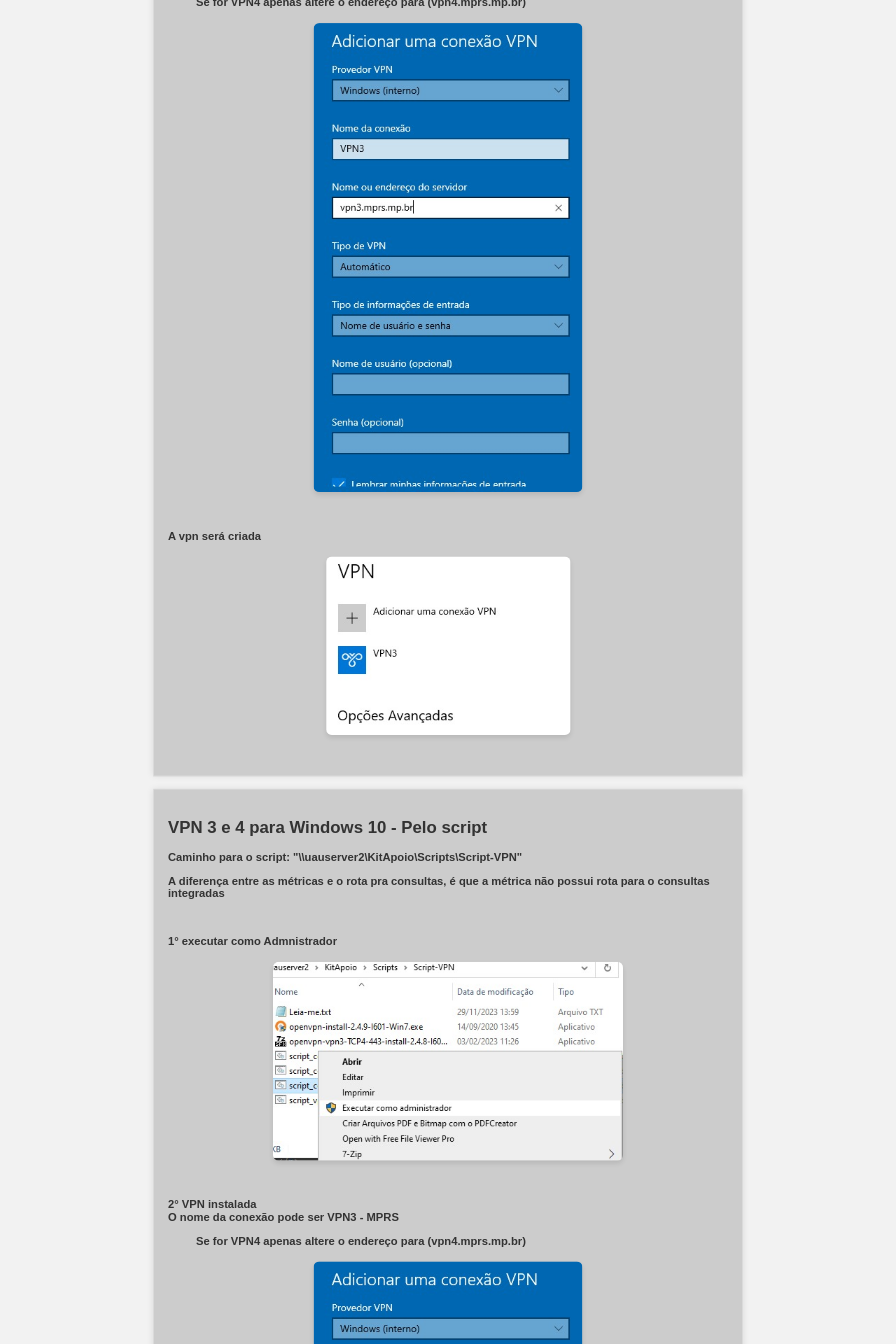
Repository: I4guito/dicasdez
Page: Dicas site/Dicas/configvpn.html
The author's editor kept a copy of each file at every save. The page is drawn from the files as they stood at one save, then again after the next save.
The browser window is 1280 px wide. The pictures show the part of the page from y = 4580 to 6500 px (the page is 7554 px tall before and 7502 px after), at 70% of full size.

Above is the page before, as saved 2023-11-29 15:36:50.

### Dicas site/Dicas/configvpn.html
<!DOCTYPE html>
<html lang="pt-br">
<head>
    <meta charset="UTF-8">
    <meta name="viewport" content="width=device-width, initial-scale=1.0">
    <link rel="stylesheet" href="padrao.css">
    <script src="/Dicas site/script.js"></script>
    <title>VPN Install</title>
</head>
<body>
    <div class="container">
        <header>
        <a href="javascript:history.back()" class="voltar-btn">&#8592; Voltar</a>
            <h1>Instalação de VPN's</h1>
            <p>Todos os manuais estão localizados em: <b> I:\Informatica\UAU\Atendimento\Manuais\VPN\MANUAIS NOVOS - ATUALIZADOS -> "Manual de instalação - Edraw e VPN2"

            </p>
        </header>
    </div><br>

    <div class="container">
        <h1>VPN 2 Para Windows 7, 8 e 10 </h1>
        <embed src="/Dicas site/Dicas/Amendoim Imagens/Manual de Instalação - VPN2.pdf" type="application/pdf" width="100%" height="600px" />


    </div><br>

    <div class="container">
        <h1>VPN 2 Para Android </h1>
        <p>Recomendo enviar esse documento por e-mail para o usuário</p>
        <embed src="/Dicas site/Dicas/Amendoim Imagens/VPN2(Android)_Nova.pdf" type="application/pdf" width="100%" height="600px" />


    </div><br>

    <div class="container" onclick="toggleSize(this)">
        <h2>Configurar credenciais do windows </h2>

        <p>1° Gerenciador de Credenciais</p>
        <label class="image-zoom">
            <input type="checkbox">

            <img src="/Dicas site/Dicas/vpn images/abrir gerenciador de cred.jpeg" alt="Imagem">
        </label><br>
        <p>2° Credenciais do Windows</p>
        <p>3° Remover as credenciais genéricas (virtualapp/didlogical)</p>
        <p>4° Adicionar uma credencial windows</p><br>
        <label class="image-zoom">
            <input type="checkbox">

            <img src="/Dicas site/Dicas/vpn images/credenciais do windows.jpeg" alt="Imagem">
        </label><br>
        <p>5° Preencher os campos como está na imagem
            <br>só que com o nome do usuário e senha dele né

        </p>
        <label class="image-zoom">
            <input type="checkbox">

            <img src="/Dicas site/Dicas/vpn images/adicionando credencial.jpeg" alt="Imagem">
        </label><br>

        <p>Credencial adicionada</p>
        <label class="image-zoom">
            <input type="checkbox">

            <img src="/Dicas site/Dicas/vpn images/credencial adicionado.jpeg" alt="Imagem">
        </label><br>


    </div><br>

    <div class="container" onclick="toggleSize(this)">
        <h2>VPN 3 e 4 para Windows 10 - Criação Manual</h2>

        <p>1° Abra as configurações de vpn</p>
        <label class="image-zoom">
            <input type="checkbox">

            <img src="/Dicas site/Dicas/vpn images/confvpn.jpeg" alt="Imagem">
        </label><br>
        <p>2° Adicionar uma conexão VPN</p>
        <label class="image-zoom">
            <input type="checkbox">

            <img src="/Dicas site/Dicas/vpn images/vpnint.jpeg" alt="Imagem">
        </label><br>
        <p>3° Preencher os campos como está na imagem
            <br>O nome da conexão pode ser VPN3 - MPRS
            <blockquote>Se for VPN4 apenas altere o endereço para (vpn4.mprs.mp.br)</blockquote>
        </p>
        <label class="image-zoom">
            <input type="checkbox">

            <img src="/Dicas site/Dicas/vpn images/addconexão.jpeg" alt="Imagem">
        </label><br>

        <p>A vpn será criada</p>
        <label class="image-zoom">
            <input type="checkbox">

            <img src="/Dicas site/Dicas/vpn images/vpn3.jpeg" alt="Imagem">
        </label><br>


    </div><br>

    <div class="container" onclick="toggleSize(this)">
        <h2>VPN 3 e 4 para Windows 10 - Pelo script</h2>

        <p>Caminho para o script: "\\uauserver2\KitApoio\Scripts\Script-VPN"</p>
      <p>A diferença entre as métricas e o rota pra consultas, é que a métrica não possui rota para o consultas integradas</p><br>
      <label class="image-zoom">

        <p>1° executar como Admnistrador</p>
            <input type="checkbox">

            <img src="/Dicas site/Dicas/vpn images/executar como admin.jpeg" alt="Imagem">
        </label><br>
        <p>2° VPN instalada
            <br>O nome da conexão pode ser VPN3 - MPRS
            <blockquote>Se for VPN4 apenas altere o endereço para (vpn4.mprs.mp.br)</blockquote>
        </p>
        <label class="image-zoom">
            <input type="checkbox">

            <img src="/Dicas site/Dicas/vpn images/addconexão.jpeg" alt="Imagem">
        </label><br>

        <p>A vpn será criada</p>
        <label class="image-zoom">
            <input type="checkbox">

            <img src="/Dicas site/Dicas/vpn images/vpn3.jpeg" alt="Imagem">
        </label><br>


    </div>



    <div class="container">
        <footer>
            <p>&copy; 2023 Apoio ao Usuário. Todos os direitos reservados.</p>
        </footer>
    </div>

    <script>

    </script>
</body>
</html>

### Dicas site/Dicas/padrao.css
body {
    font-family: 'Arial', sans-serif;
    margin: 0;
    padding: 0;
    background-color: #f2f2f2;
    color:#fff
}

.container {
    max-width: 800px;
    margin: 0 auto;
    background-color: #ccc;
    padding: 20px;
    box-shadow: 0 0 10px rgba(0, 0, 0, 0.1);
    border: 1px solid #ddd;
    color: #333;
}

header, section, footer {
    margin-bottom: 20px;
}

header h1, section h2 {
    color: #333;
}

ul {
    list-style: none;
    padding: 0;
}

li {
    margin-bottom: 10px;
}

footer {
    text-align: center;
    color: #777;
}

.voltar-btn {
    position: absolute;
    left: 10px;
    top: 10px;
    text-decoration: none;
    color: #fff;
    font-size: 16px;
    padding: 10px;
    background-color: #555;
    border: none;
    border-radius: 5px;
    cursor: pointer;
    transition: background-color 0.3s;
}

.voltar-btn:hover {
    background-color: #777;
}

img {

    margin-inline: 5cm;
    max-width: 100%;
    border-radius: 3%;
}

.link-instrucoes {
    font-family:cursive;
    width: 50px;
    left: 10px;
    text-decoration: none;
    color: #fff;
    font-size: 25px;
    padding: 3px;
    background-color: #555;
    border: none;
    border-radius: 10px;
    cursor: pointer;
    transition:  background-color 0.3s;
}

.link-instrucoes:hover {
    background-color:#777
}

.step {
    max-width: 800px;
    margin: 0 auto;
    background-color: #333;
    padding: 20px;
    box-shadow: 0 0 10px rgba(0, 0, 0, 0.1);
    border: 1px solid #ddd;
    color: #333;
    margin-bottom: 40px;
    padding: 20px;
    border-radius: 8px;
    box-shadow: 0 4px 8px rgba(0, 0, 0, 0.1);
}



.container img {
    display: block;
    max-width: 35%;
    height: auto;
    display: block;
    margin: 20px auto;
    border-radius: 8px;
    box-shadow: 0 4px 8px rgba(0, 0, 0, 0.1);


}

.image-zoom input[type="checkbox"] {
    display: none;
}

.image-zoom img {
    max-width: 100%;
    height: auto;
    cursor: pointer;
    transition: transform 0.3s ease-in-out;
}

.image-zoom input[type="checkbox"]:checked + img {
    transform: scale(1.5);
}

### Dicas site/script.js
function filterItems() {
    var searchBar = document.getElementById('searchBar');
    var filter = searchBar.value.toUpperCase();

    var columns = document.getElementsByClassName('column');
    for (var i = 0; i < columns.length; i++) {
        var boxes = columns[i].getElementsByClassName('box');
        for (var j = 0; j < boxes.length; j++) {
            var item = boxes[j];
            var textValue = item.textContent || item.innerText;
            if (textValue.toUpperCase().indexOf(filter) > -1) {
                item.style.display = "";
            } else {
                item.style.display = "none";
            }
        }
    }
}

function openPage(pageName) {
    window.location.href = pageName + '.html';
}

const isOpera = navigator.userAgent.indexOf("OPR") > -1;

if (isOpera) {
    document.addEventListener("DOMContentLoaded", function () {
        const containers = document.querySelectorAll(".container");
        containers.forEach(function (container) {
            container.style.backgroundColor = "#005c4b";
            container.style.color = "#333";
        });
    });
}

After the next save:
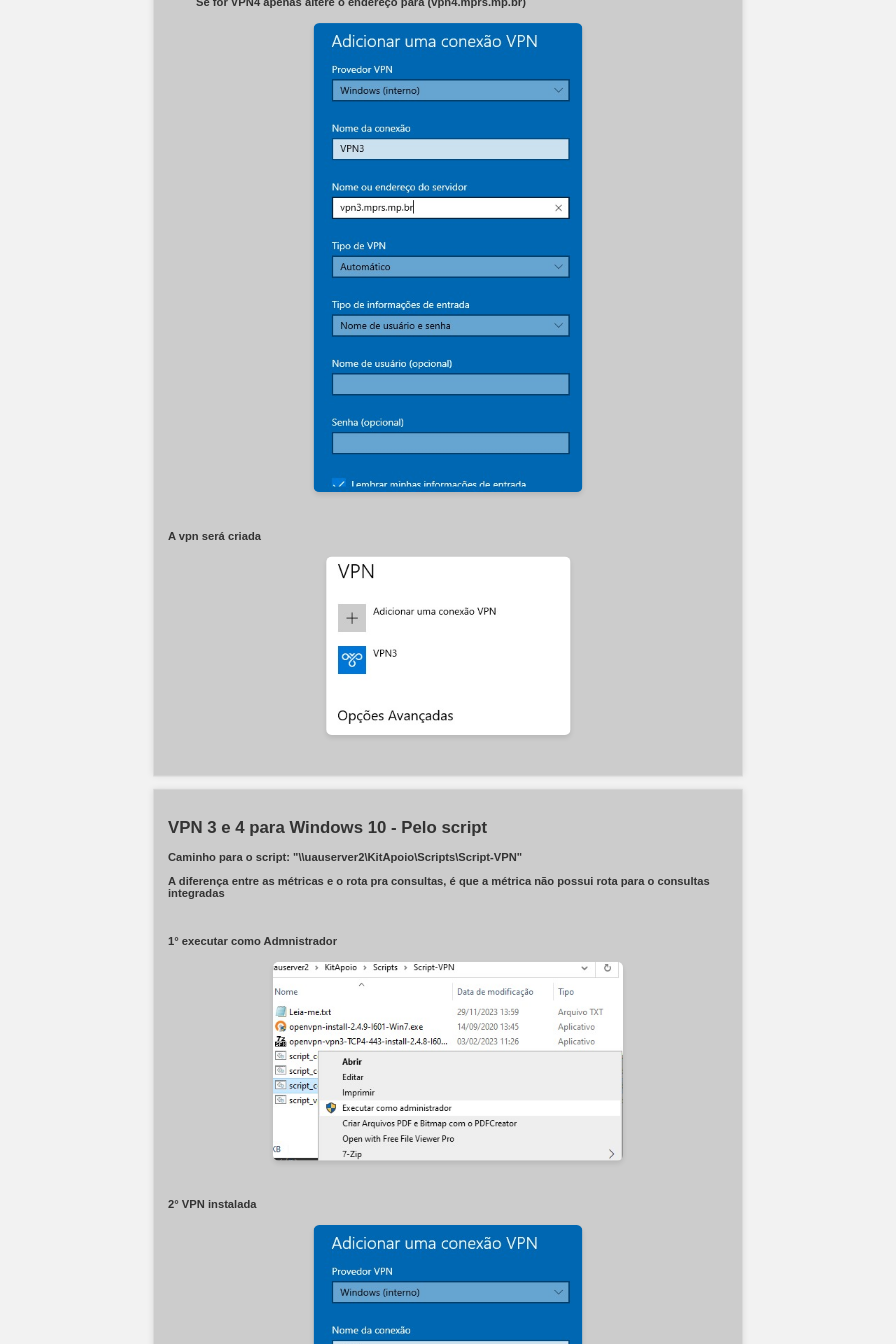
Saved 7 s later.
--- a/Dicas site/Dicas/configvpn.html
+++ b/Dicas site/Dicas/configvpn.html
@@ -118,8 +118,7 @@
             <img src="/Dicas site/Dicas/vpn images/executar como admin.jpeg" alt="Imagem">
         </label><br>
         <p>2° VPN instalada
-            <br>O nome da conexão pode ser VPN3 - MPRS
-            <blockquote>Se for VPN4 apenas altere o endereço para (vpn4.mprs.mp.br)</blockquote>
+
         </p>
         <label class="image-zoom">
             <input type="checkbox">
